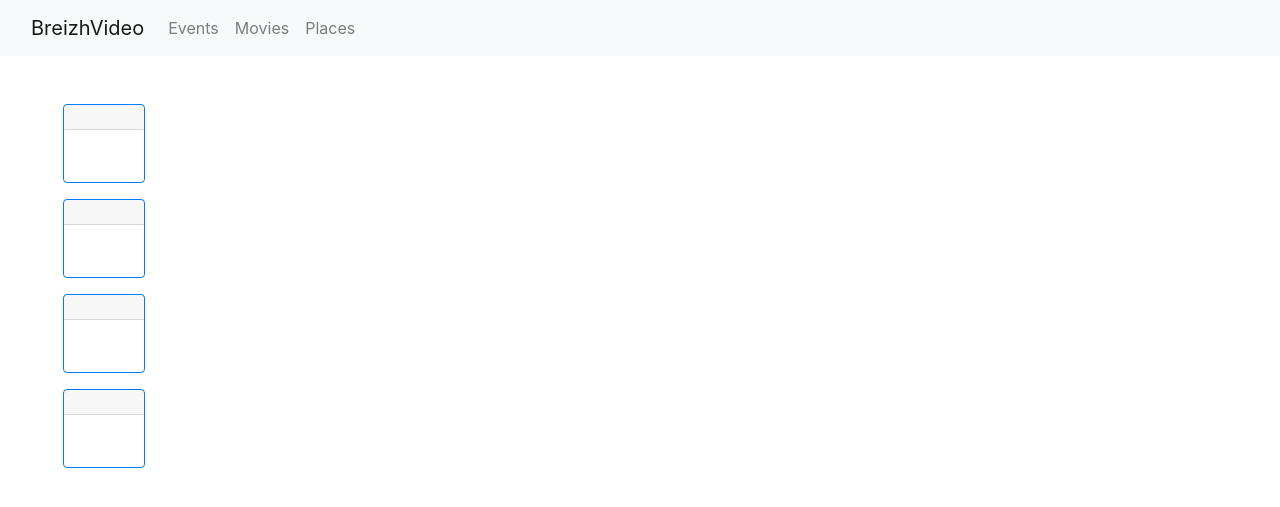
Repository: romgrm/Hackaton_BreizhVideo_FRONT
Page: /Movies
An editor plug-in stored every save of this project. The page is shown before and after a run of saves, followed by the edit.
The browser window is 1280 px wide. The pictures show the whole page.
The page's requests for data from a server got no answer. Some web libraries are served in a nearby version. The project was rebuilt for these pictures with package versions that can differ from the ones it lists, and the page was loaded fresh each time. No one was signed in, and anything a server would have sent is missing. Also part of the build but not shown: src/Components/Events.js, src/Components/Village.js.

Above is the page before, as saved 2020-12-21 20:20:07.

After the next 2 saves:
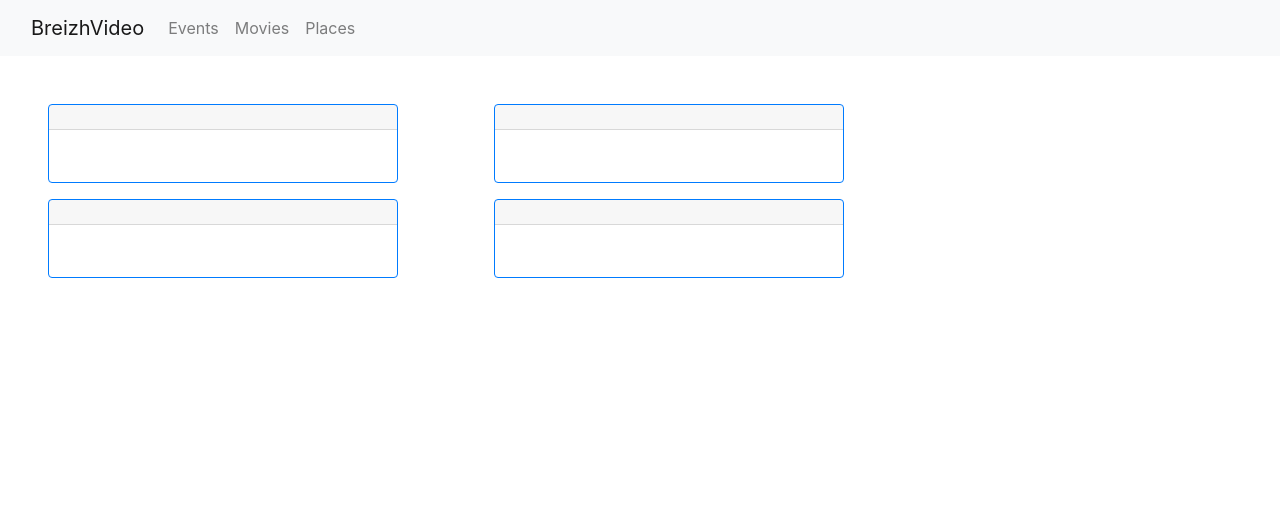
The 2 saves are shown as one change because they came seconds apart.
The last was saved 10 s later.
--- a/src/Components/Films.js
+++ b/src/Components/Films.js
@@ -31,7 +31,7 @@ export default function Films() {
     return (
         <div className="container-fluid mx-auto ">
             {/* <button onClick={showFilm()}>test</button> */}
-            <div className="row col-2 text-center mt-5">
+            <div className="row row-2 text-center mt-5">
                 <div className=" card border-primary mb-3 mx-5" style={{ width: 350 }}>
                     <div className="card-header">{film.map((current) => (
                         current.title
